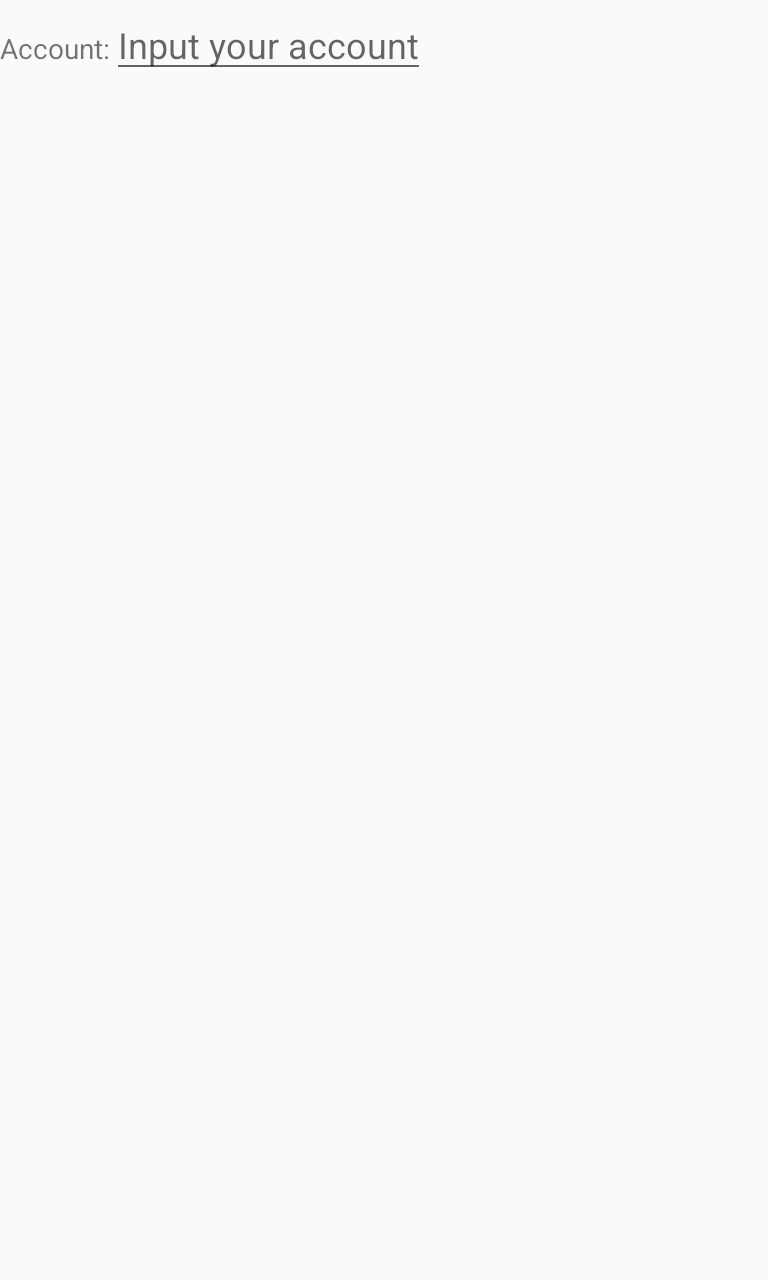
Repository: guyuzhilian/Programs
Layout: Android/UILayoutTest/res/layout/activity_main.xml
These files come from the project's save history. The layout is drawn as it stood at one moment and after the next save; the edit follows.
It is drawn on a 768 x 1280 px phone screen (xhdpi) without system bars, with theme AppTheme; the app's code is not run.

Above is the layout before, as saved 2015-06-25 08:46:08.

### Android/UILayoutTest/res/layout/activity_main.xml
<TableLayout xmlns:android="http://schemas.android.com/apk/res/android"
	android:layout_width="match_parent"
	android:layout_height="match_parent"
	>

    <TableRow>

        <TextView
            android:layout_height="wrap_content"
            android:text="Account:" />

        <EditText
            android:id="@+id/account"
            android:layout_height="wrap_content"
            android:hint="Input your account" />
    </TableRow>

	<TableRow >

	</TableRow>
</TableLayout>

Loaded but not shown: Android/UILayoutTest/res/values/styles.xml (common file); Android/UILayoutTest/res/values-v11/styles.xml (common file); Android/UILayoutTest/res/values-v14/styles.xml (common file)

After the next save:
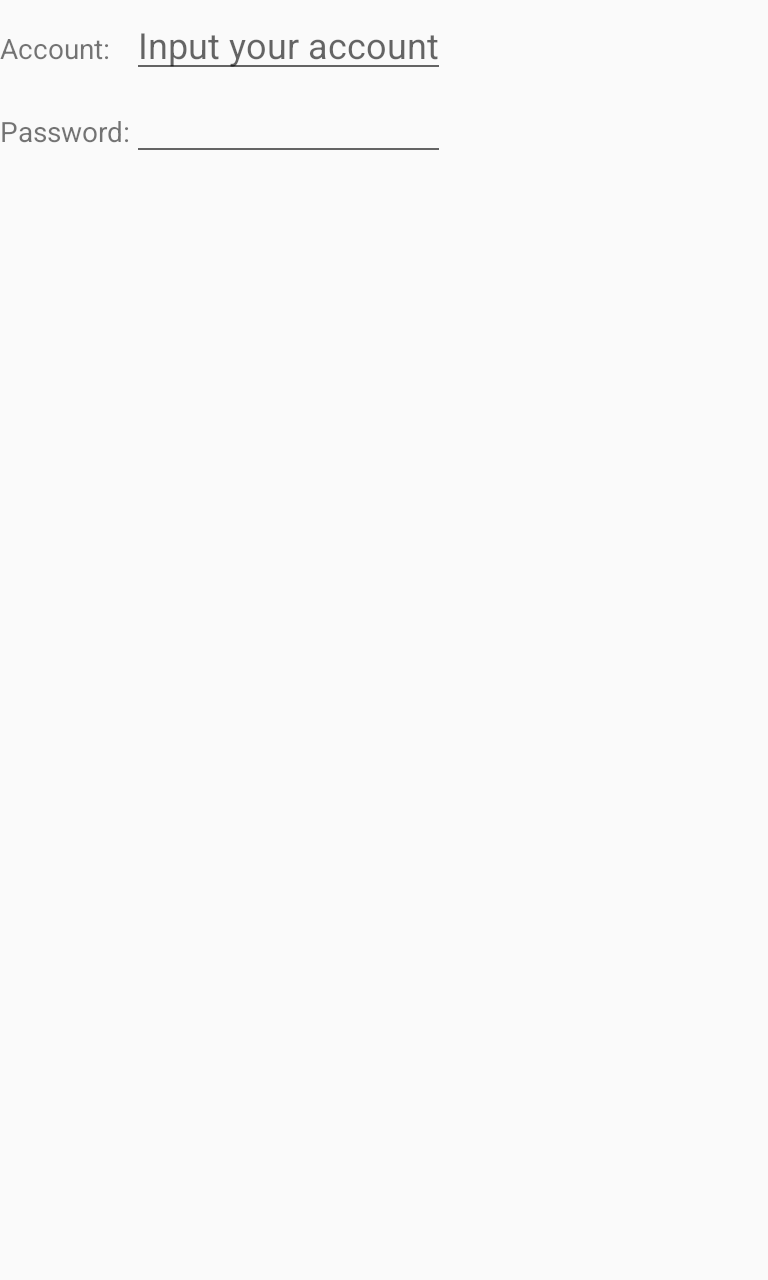
Saved 80 s later.
--- a/Android/UILayoutTest/res/layout/activity_main.xml
+++ b/Android/UILayoutTest/res/layout/activity_main.xml
@@ -15,7 +15,16 @@
             android:hint="Input your account" />
     </TableRow>
 
-	<TableRow >
+	<TableRow>
 
+	    <TextView
+	        android:layout_height="wrap_content"
+	        android:text="Password:" />
+
+	    <EditText
+	        android:id="@+id/password"
+	        android:layout_height="wrap_content"
+	        android:inputType="textPassword"
+	        />
 	</TableRow>
 </TableLayout>
